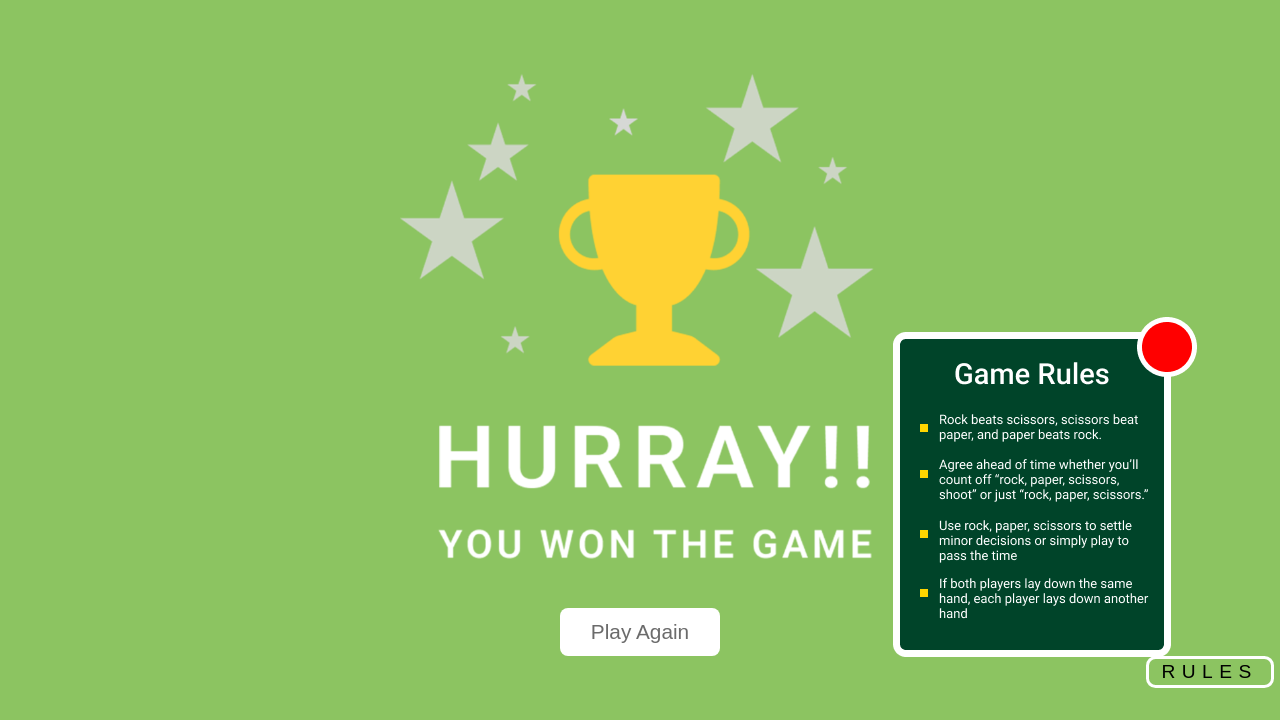
Repository: drumsmanku/Major-module-project-1
Page: hurray.html
An editor plug-in stored every save of this project. The page is shown before and after the next save, followed by the edit.
The browser window is 1280 px wide. The pictures show the whole page.

Above is the page before, as saved 2023-05-01 00:11:56.

After the next save:
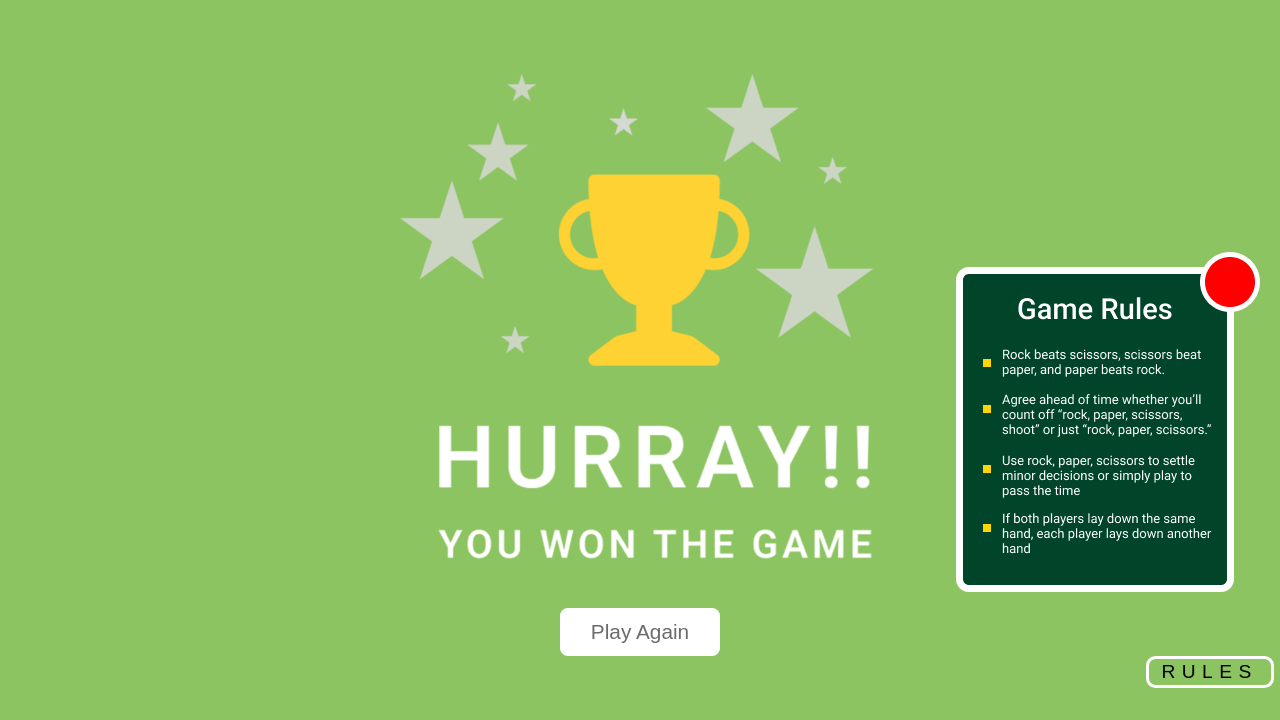
Saved 9 s later.
--- a/hurray.html
+++ b/hurray.html
@@ -47,8 +47,8 @@
     }
     .second-second-main-container{
       position: absolute;
-      top: 50%;
-      left: 70%;
+      top: 40%;
+      left: 75%;
     }
     .img-container{
       position: relative;
